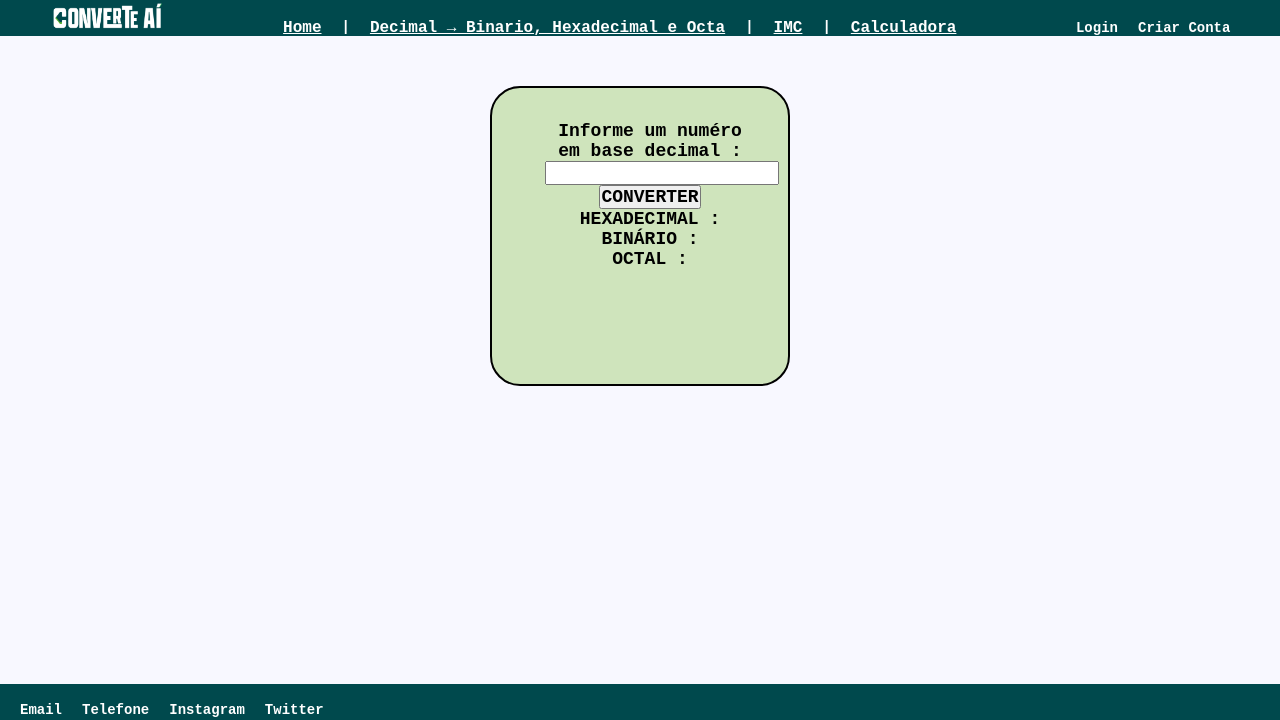
Repository: Frav1u/converteai
Page: ConverteAi/src/main/webapp/decimalParaBinario.html
The author's editor kept a copy of each file at every save. The page is drawn from the files as they stood at one save, then again after the next save.
The browser window is 1280 px wide. The pictures show the whole page.
Some web fonts or font styles are not loaded; a fallback is used.

Above is the page before, as saved 2023-10-01 20:17:31.

### ConverteAi/src/main/webapp/decimalParaBinario.html
<!DOCTYPE html>
<html>
<head>
	<meta charset="UTF-8">
<title>Decimal Para Binario</title>
<link href="https://fonts.googleapis.com/css2?family=Inter:wght@400;700&family=Space+Mono:wght@400;700&display=swap"
        rel="stylesheet">
    <link rel="stylesheet" href="descparabina.css">
    <link href='https://unpkg.com/boxicons@2.1.4/css/boxicons.min.css' rel='stylesheet'>
</head>
<body>
		<header>
<img class="img" src="logo.png">
		<nav>
			<ul class="menu">
				<li><a href="home.html">Home</a></li>
				<li>  |  </li>
				<li><a href="decimalParaBinario.html">Decimal → Binario, Hexadecimal e Octa</a></li>
				<li>  |  </li>
				<li><a href="imc.html">IMC</a></li>
				<li>  |  </li>
				<li><a href="calculadora.html">Calculadora</a></li>
			</ul>
		</nav>
			<ul class="conta">
			<li>Login</li>
			<li>Criar Conta</li>
		</ul>
	</header>
	<main class="conversorBase">
		<div class="caixa">
	    <ul class="ulconversor">
        <li class="inputs">
            <p class="infoInput">Informe um numéro em base decimal :</p>
            <input type="text" class="entrada" onkeypress="return event.charCode >= 48 && event.charCode <= 57">
            <button type="button"class="converter" id="converter">CONVERTER</button>
        </li>
        <li class="outputs">
            <p class="infoHexa">HEXADECIMAL :</p>
            <p class="resultadoHexa" id="resultadoHexa"></p>
            <p class="infoBinario">BINÁRIO :</p>
            <p class="resultadoBinario" id="resultadoBinario"></p>
            <p class="infoOctal">OCTAL :</p>
            <p class="resultadoOctal" id="resultado"></p>
            </ul>
        </li>
        </div>
	</main>


	<footer>
		<ul class="contatos">
			<li>Email</li>
			<li>Telefone</li>
			<li>Instagram</li>
			<li>Twitter</li>
		</ul>

	</footer>
	 <script src="conversorlogica.js"></script>
</body>

</html>

### ConverteAi/src/main/webapp/descparabina.css

* {
    margin: 0;
    padding: 0;
    box-sizing: border-box;
    font-family: 'Apotek Bold', monospace;
    font-weight: 600;
    font-size: 18px;
    outline: none;
}

body{
	background-color:  ghostwhite
}
.logo{
	color: white;
}

li{
	font-size: 14px;
	margin-left: 20px;

}

header{
	background-color: hsl(183, 100%, 15%);
	color: white;
	height: 5vh;
    color: inherit;
    display: flex;
    display: flex;
    justify-content: center;
    align-items: center;
    justify-content: space-evenly;
}

.contatos{
	display: flex;
	list-style: none;
}


.menu{
	color: white;
	display: flex;
	margin-top: 20px;
	margin-left: 50px;
	list-style: none;

}

.conta{
	color: white;
	display: flex;
	margin-top: 20px;
	margin-left: 50px;
	list-style: none;
}

.menu a {
	color: white;
	font-size: 16px;

}


nav{
	display: flex;
	justify-content: center;
	align-items: center;
}


main{
	height: 90vh;
	text-align: center;
	padding-top: 30px;
}


conversorBase{
	display: flex;
    justify-content: center;
    display: flex;
    justify-content: center;
    align-items: center;
    background-color: green;
    list-style: none;
}
.caixa{
	height: 300px;
	width: 300px;
	background-color: #CFE4BC;
	border: 2px solid black;
	margin: 20px auto;
	border-radius: 30px;

	}

.ulconversor{
	list-style: none;
	padding: 33px;

}
.logo{
	color: white;
}


.resultadoBinario{
	color: white;

}
.resultadoOctal{
	color: white;

}
.resultadoHexa{
	color: white;
}

.img{
	width: 114px;
	}

footer{
	background-color: hsl(183, 100%, 15%);
	color: white;
	height: 5vh;
    padding-top: 18px;
}

### ConverteAi/src/main/webapp/conversorlogica.js

const hex_code = {
    0: "0",
    1: "1",
    2: "2",
    3: "3",
    4: "4",
    5: "5",
    6: "6",
    7: "7",
    8: "8",
    9: "9",
    10: "A",
    11: "B",
    12: "C",
    13: "D",
    14: "E",
    15: "F"
}

function decimal_para_binario(decimal) {
    let convertido = ""
    while (decimal != 1) {
        convertido += String(decimal % 2)
        decimal = Math.floor(decimal / 2)
    }
    convertido += "1"
    return convertido.split("").reverse().join("")
}


function decimal_para_octal(decimal) {
    let convertido = ""
    while (decimal > 8) {
        convertido += String(decimal % 8)
        decimal = Math.floor(decimal / 8)
    }
    convertido += String(decimal)
    return convertido.split("").reverse().join("")

}


function decimal_para_hexadecimal(decimal) {
    let convertido = ""

    while (decimal > 16) {
        convertido += hex_code[decimal % 16]
        decimal = Math.floor(decimal / 16)
    }
    convertido += hex_code[decimal]
    return convertido.split("").reverse().join("")

}

const botao = document.getElementById("converter")

botao.addEventListener("click", calcular)

function calcular() {
    const entrada = document.querySelector(".entrada").value
    if (entrada <= 0) {
        alert("Informe uma número maior que 0 ")
        return
    }
    document.querySelector(".resultadoBinario").innerText = decimal_para_binario(entrada)
    document.querySelector(".resultadoHexa").innerText = "#" + decimal_para_hexadecimal(entrada)
    document.querySelector(".resultadoOctal").innerText = decimal_para_octal(entrada)

}

After the next save:
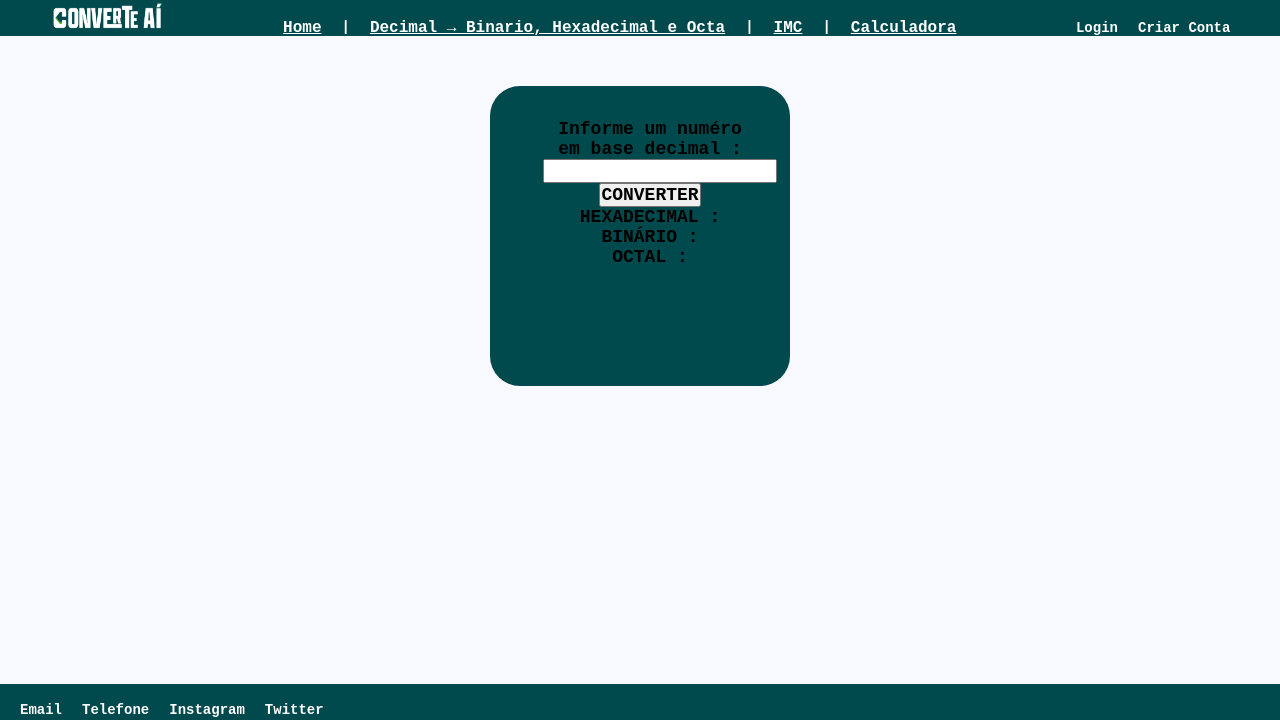
Saved 52 s later.
--- a/ConverteAi/src/main/webapp/descparabina.css
+++ b/ConverteAi/src/main/webapp/descparabina.css
@@ -90,8 +90,7 @@ conversorBase{
 .caixa{
 	height: 300px;
 	width: 300px;
-	background-color: #CFE4BC;
-	border: 2px solid black;
+	background-color: hsl(183, 100%, 15%);
 	margin: 20px auto;
 	border-radius: 30px;
 
